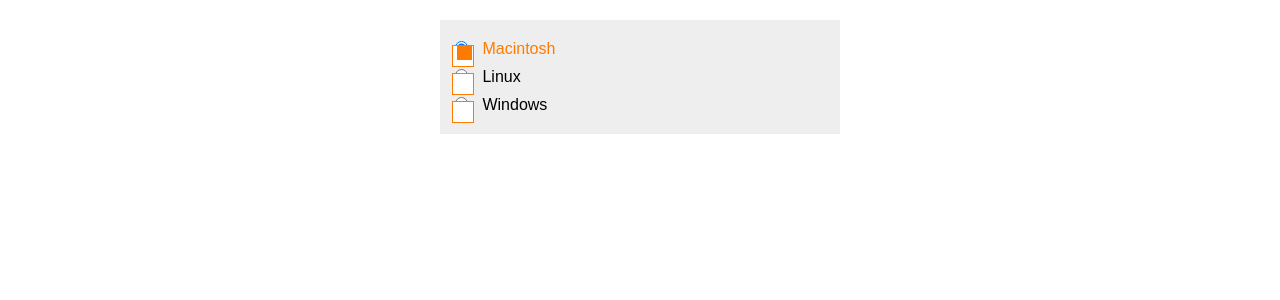
Repository: sayco/CSS-Front-End-Tutorials---Elzero
Page: 1-Customize Radio Input/index.html
These files come from the project's save history. The page is drawn as it stood at one moment and after the next save; the edit follows.
The browser window is 1280 px wide. The pictures show the whole page.
The first `form input[type="radio"]` is checked.

Above is the page before, as saved 2021-06-13 13:10:47.

### 1-Customize Radio Input/index.html
<!DOCTYPE html>
<html lang="en">
<head>
    <meta charset="UTF-8">
    <meta http-equiv="X-UA-Compatible" content="IE=edge">
    <meta name="viewport" content="width=device-width, initial-scale=1.0">
    <meta name="description" content="This website to test to Customize Radio Input">
    <title>Customize Radio Input</title>
    <link rel="stylesheet" href="style.css">
</head>
<body>
    <form action="">
        <div>
            <input type="radio" name="os" id="mac">
            <label for="mac">Macintosh</label>
        </div>
        <div>
            <input type="radio" name="os" id="lin">
            <label for="lin">Linux</label>
        </div>
        <div>
            <input type="radio" name="os" id="win">
            <label for="win">Windows</label>
        </div>
    </form>

</body>
</html>

### 1-Customize Radio Input/style.css
*
{
    box-sizing: border-box;
    padding: 0;
    margin: 0;;
}

body
{
    font-family: Arial, Helvetica, sans-serif;
}

form
{
    width: 400px;
    background-color: #eee;
    margin:20px auto;
    padding: 15px;
}

form > div
{
    padding: 5px 0;;
}

form label
{
    position: relative;
    padding: 10px;

}

form label::before
{
    content: "";
    width: 20px;
    height: 20px;
    background-color: #fff;
    border: 1px solid rgb(255, 123, 0);
    position: absolute;
    left: -20px;
    transform: translateY(5px);
}

form input[type="radio"]:checked +label
{
    color: rgb(255, 123, 0);
}

form input[type="radio"]:checked + label::after
{
    content: "";
    width: 15px;
    height: 15px;
    background-color: rgb(255, 123, 0);
    position: absolute;
    left: -15px;
    transform: translateY(5px);
}

After the next save:
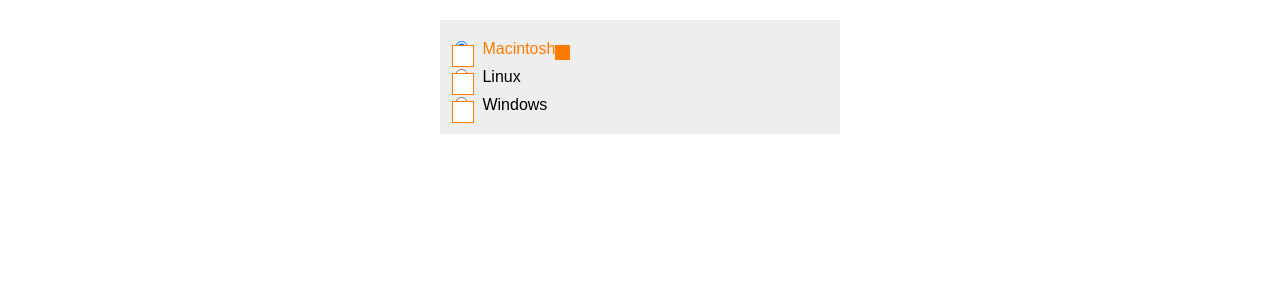
Saved 24 s later.
--- a/1-Customize Radio Input/style.css
+++ b/1-Customize Radio Input/style.css
@@ -54,6 +54,6 @@
     height: 15px;
     background-color: rgb(255, 123, 0);
     position: absolute;
-    left: -15px;
+    margin: auto;
     transform: translateY(5px);
 }

After the save that followed:
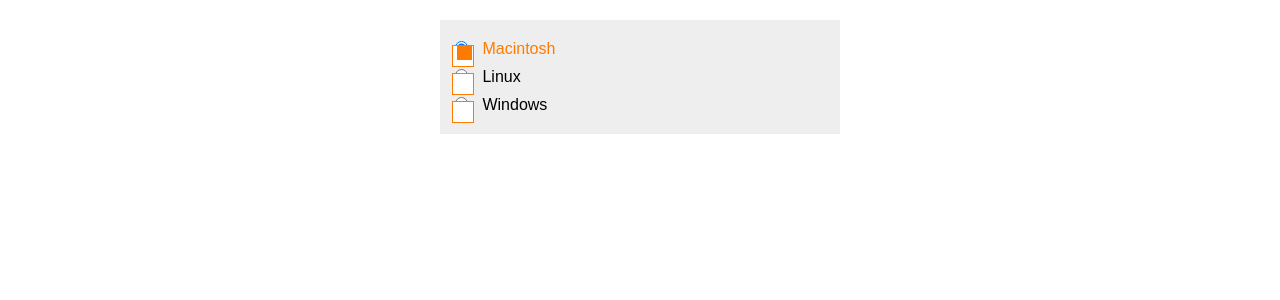
Saved 6 s later.
--- a/1-Customize Radio Input/style.css
+++ b/1-Customize Radio Input/style.css
@@ -54,6 +54,6 @@
     height: 15px;
     background-color: rgb(255, 123, 0);
     position: absolute;
-    margin: auto;
+    left: -15px;
     transform: translateY(5px);
 }
